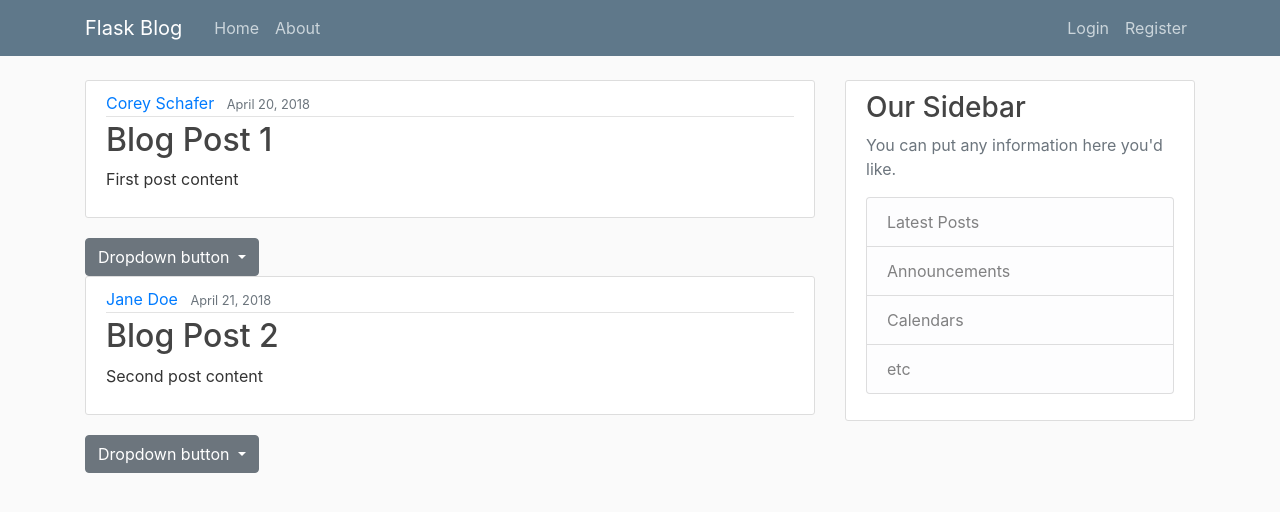
Repository: khanhdk0000/first_proj
Page: http://localhost/
These files come from the project's save history. The page is drawn as it stood at one moment and after a run of saves; the edit follows.
The browser window is 1280 px wide. The pictures show the whole page.
Some web libraries are served in a nearby version. The page is served by the project's application, run on Flask 3 (flaskblog.py).

Above is the page before, as saved 2021-05-24 22:44:07.

After the next 2 saves:
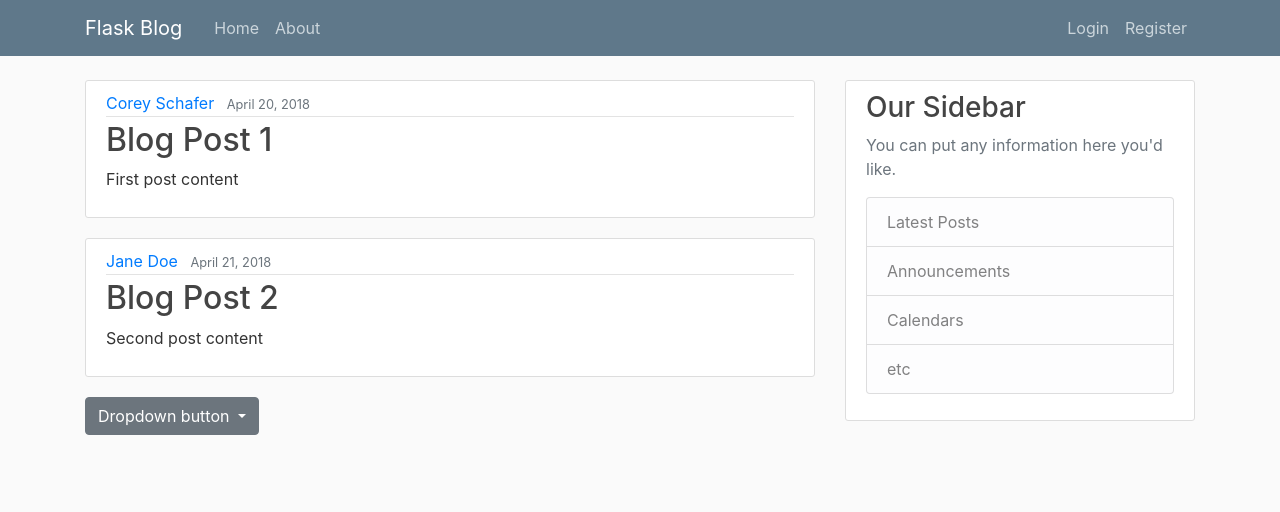
The 2 saves are shown as one change because they came seconds apart.
The last was saved 24 s later.
--- a/templates/home.html
+++ b/templates/home.html
@@ -12,15 +12,16 @@
           </div>
         </article>
 
-        <div class="dropdown">
-            <button class="btn btn-secondary dropdown-toggle" type="button" id="dropdownMenuButton" data-toggle="dropdown" aria-haspopup="true" aria-expanded="false">
-              Dropdown button
-            </button>
-            <div class="dropdown-menu" aria-labelledby="dropdownMenuButton">
-              <a class="dropdown-item" href="#">Action</a>
-              <a class="dropdown-item" href="#">Another action</a>
-              <a class="dropdown-item" href="#">Something else here</a>
-            </div>
-          </div>
+
     {% endfor %}
+    <div class="dropdown">
+        <button class="btn btn-secondary dropdown-toggle" type="button" id="dropdownMenuButton" data-toggle="dropdown" aria-haspopup="true" aria-expanded="false">
+          Dropdown button
+        </button>
+        <div class="dropdown-menu" aria-labelledby="dropdownMenuButton">
+          <a class="dropdown-item" href="#">Action</a>
+          <a class="dropdown-item" href="#">Another action</a>
+          <a class="dropdown-item" href="#">Something else here</a>
+        </div>
+      </div>
 {% endblock content %}
